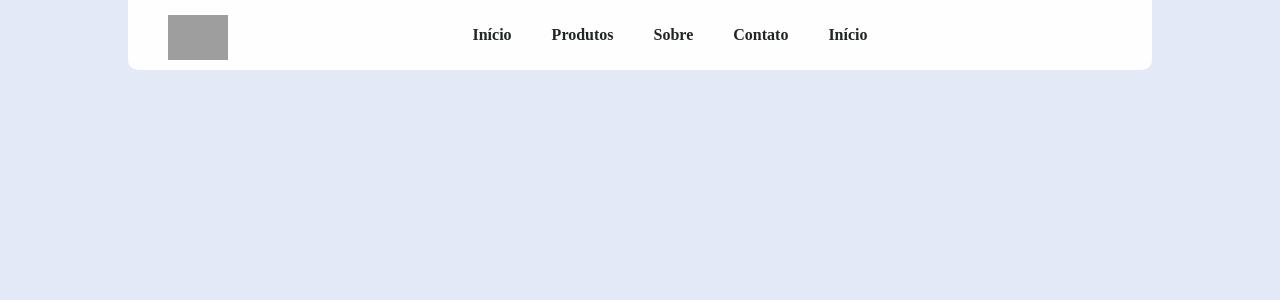
Repository: Matheus904-12/EggManSTORE
Page: index.html
The author's editor kept a copy of each file at every save. The page is drawn from the files as they stood at one save, then again after the next save.
The browser window is 1280 px wide. The pictures show the whole page.
Pictures or frames that could not be fetched are drawn as grey boxes. Some web fonts or font styles are not loaded; a fallback is used.

Above is the page before, as saved 2023-11-02 14:39:00.

After the next save:
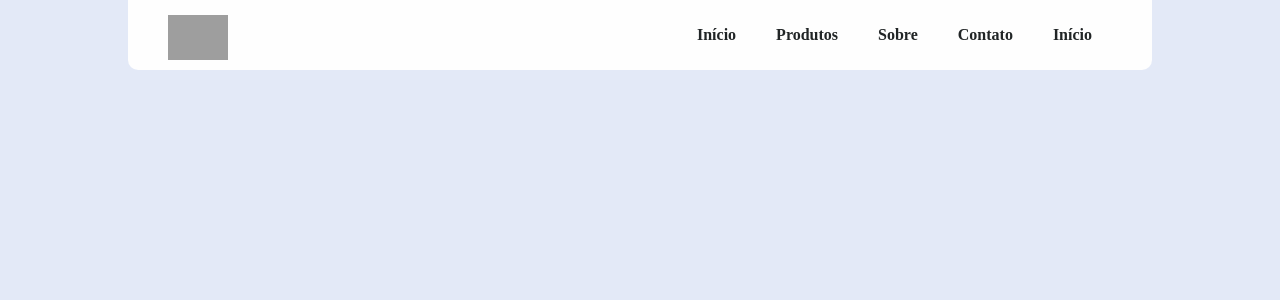
Saved 47 s later.
--- a/index.html
+++ b/index.html
@@ -33,13 +33,13 @@
             <li>
                 <a href="">Início</a>
             </li>
-        </ul>
-    </nav>
-    <label for="nav_check" class=".hamburger">
+        </ul><label for="nav_check" class=".hamburger">
         <div></div>
         <div></div>
         <div></div>
     </label>
+    </nav>
+
     </header>
 </body>
 </html>

After the 2 saves that followed:
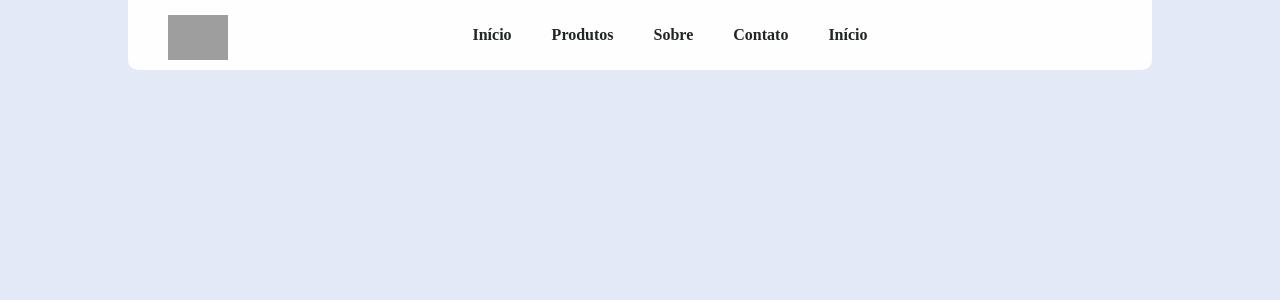
The 2 saves are shown as one change because 1 left the picture as it was.
The last was saved 16 s later.
--- a/index.html
+++ b/index.html
@@ -33,13 +33,13 @@
             <li>
                 <a href="">Início</a>
             </li>
-        </ul><label for="nav_check" class=".hamburger">
+        </ul>
+    </nav>
+    <label for="nav_check" class=".hamburger">
         <div></div>
         <div></div>
         <div></div>
     </label>
-    </nav>
-
     </header>
 </body>
 </html>
